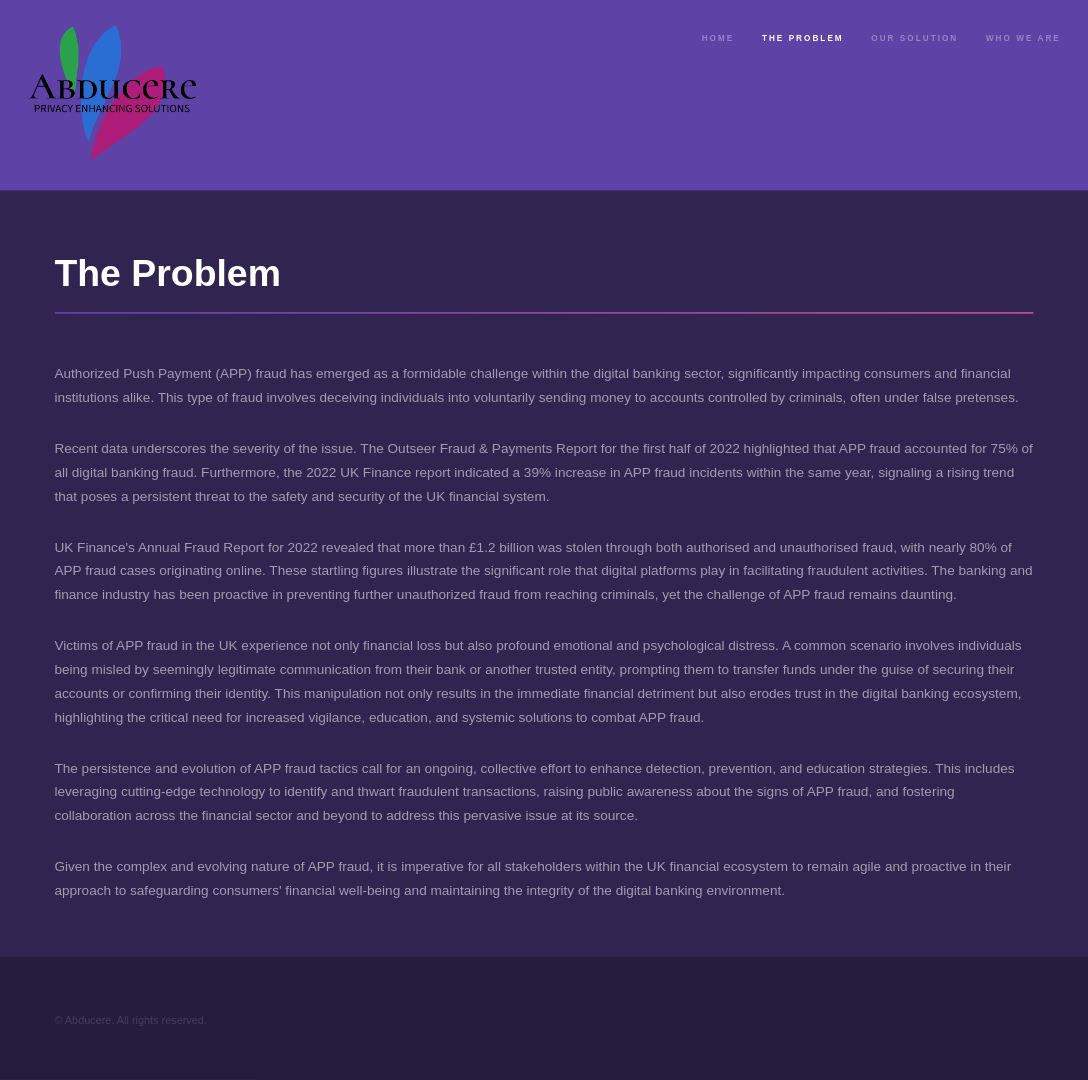
Repository: nocnoc94/nocnoc94.github.io
Page: the-problem.html
The author's editor kept a copy of each file at every save. The page is drawn from the files as they stood at one save, then again after the next save.
The browser window is 1280 px wide. The pictures show the whole page, at 85% of full size.

Above is the page before, as saved 2024-03-21 16:29:24.

### the-problem.html
<!DOCTYPE HTML>
<html>

<head>
	<title>Abducere - The Problem</title>
	<meta charset="utf-8" />
	<meta name="viewport" content="width=device-width, initial-scale=1, user-scalable=no" />
	<link rel="icon" href="/static/images/favicon.ico" type="image/x-icon">
	<link rel="stylesheet" href="/static/css/main.css" />
	<noscript>
		<link rel="stylesheet" href="/static/css/noscript.css" />
	</noscript>
</head>

<body class="is-preload">

	<!-- Header -->
	<header id="header">
		<!-- <a href="index.html" class="title">Abducere</a> -->
		<a id="headerLogo" class="image" href="index.html"><img src="/static/images/abducere-logo-1.png" alt=""
				data-position="left left" /></a>
		<nav>
			<ul>
				<li><a href="index.html">Home</a></li>
				<li><a href="the-problem.html" class="active">The Problem</a></li>
				<li><a href="our-solution.html">Our Solution</a></li>
				<li><a href="who-we-are.html">Who We Are</a></li>
			</ul>
		</nav>
	</header>

	<!-- Wrapper -->
	<div id="wrapper">

		<!-- Main -->
		<section id="main" class="wrapper">
			<div class="inner">
				<h1 class="major">The Problem</h1>
				<!-- <span class="image fit"><img src="/static/images/pic04.jpg" alt="" /></span> -->
				<p>Authorized Push Payment (APP) fraud has emerged as a formidable challenge within the
					digital banking sector, significantly impacting consumers and financial institutions alike. This
					type of fraud involves deceiving individuals into voluntarily sending money to accounts controlled
					by criminals, often under false pretenses.
				</p>
				<p>Recent data underscores the severity of the issue. The Outseer Fraud & Payments Report for the first
					half of 2022 highlighted that APP fraud accounted for 75% of all digital banking fraud. Furthermore,
					the 2022 UK Finance report indicated a 39% increase in APP fraud incidents within the same year,
					signaling a rising trend that poses a persistent threat to the safety and security of the UK
					financial system.
				</p>
				<p>UK Finance's Annual Fraud Report for 2022 revealed that more than £1.2 billion was stolen through
					both authorised and unauthorised fraud, with nearly 80% of APP fraud cases originating online. These
					startling figures illustrate the significant role that digital platforms play in facilitating
					fraudulent activities. The banking and finance industry has been proactive in preventing further
					unauthorized fraud from reaching criminals, yet the challenge of APP fraud remains
					daunting.
				</p>
				<p>Victims of APP fraud in the UK experience not only financial loss but also profound emotional and
					psychological distress. A common scenario involves individuals being misled by seemingly legitimate
					communication from their bank or another trusted entity, prompting them to transfer funds under the
					guise of securing their accounts or confirming their identity. This manipulation not only results in
					the immediate financial detriment but also erodes trust in the digital banking ecosystem,
					highlighting the critical need for increased vigilance, education, and systemic solutions to combat
					APP fraud.
				</p>
				<p>The persistence and evolution of APP fraud tactics call for an ongoing, collective effort to enhance
					detection, prevention, and education strategies. This includes leveraging cutting-edge technology to
					identify and thwart fraudulent transactions, raising public awareness about the signs of APP fraud,
					and fostering collaboration across the financial sector and beyond to address this pervasive issue
					at its source.
				</p>
				<p>Given the complex and evolving nature of APP fraud, it is imperative for all stakeholders within the
					UK financial ecosystem to remain agile and proactive in their approach to safeguarding consumers'
					financial well-being and maintaining the integrity of the digital banking environment.
				</p>
			</div>
		</section>

	</div>

	<!-- Footer -->
	<footer id="footer" class="wrapper alt">
		<div class="inner">
			<ul class="menu">
				<li>&copy; Abducere. All rights reserved.</li>
			</ul>
		</div>
	</footer>

	<!-- Scripts -->
	<script src="/static/js/jquery.min.js"></script>
	<script src="/static/js/jquery.scrollex.min.js"></script>
	<script src="/static/js/jquery.scrolly.min.js"></script>
	<script src="/static/js/browser.min.js"></script>
	<script src="/static/js/breakpoints.min.js"></script>
	<script src="/static/js/util.js"></script>
	<script src="/static/js/main.js"></script>

</body>

</html>

Loaded but not shown: static/js/jquery.min.js (library); static/js/jquery.scrollex.min.js (common file); static/css/fontawesome-all.min.css (library); static/js/jquery.scrolly.min.js (common file); static/js/browser.min.js (common file); static/js/breakpoints.min.js (common file); static/js/util.js (587 lines, source omitted); static/js/main.js (190 lines, source omitted); static/css/main.css (4012 lines, source omitted)

After the next save:
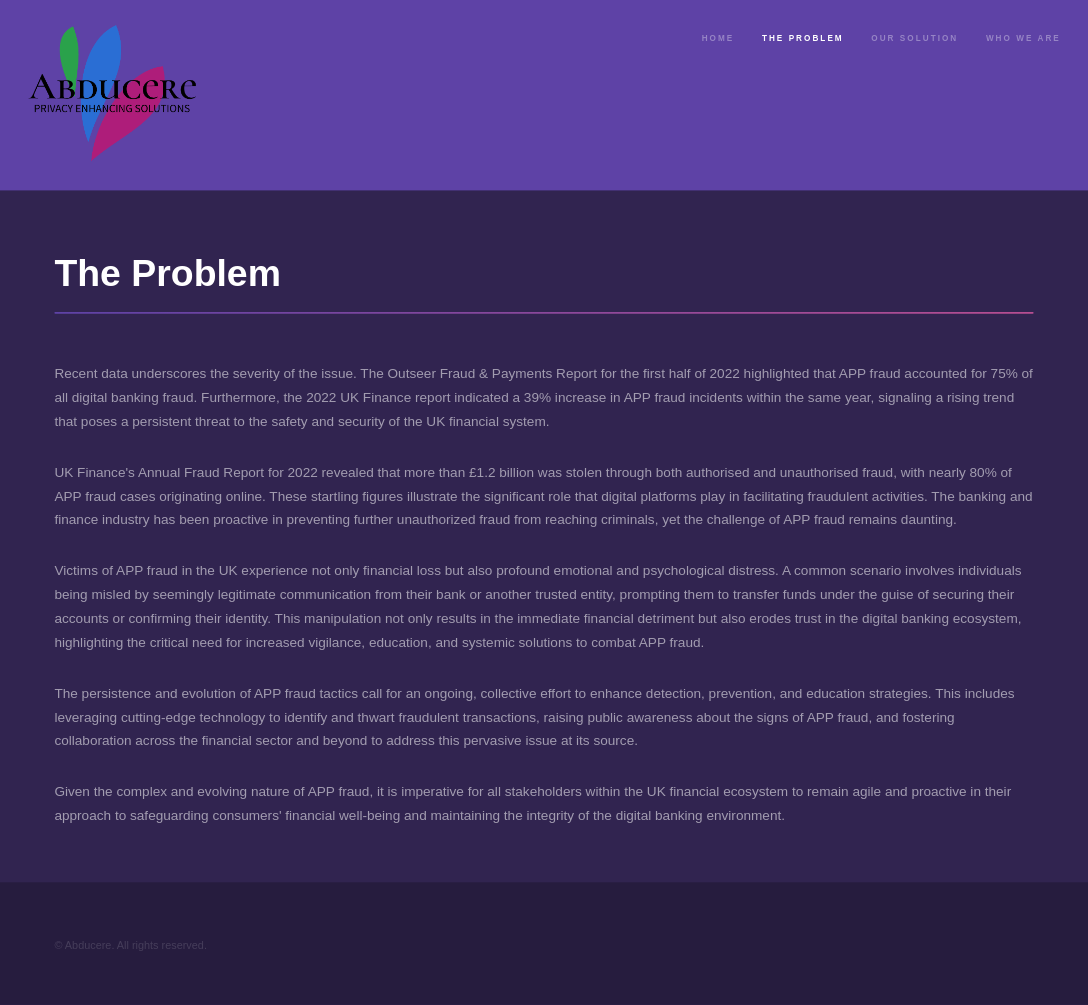
Saved 31 s later.
--- a/the-problem.html
+++ b/the-problem.html
@@ -37,10 +37,7 @@
 			<div class="inner">
 				<h1 class="major">The Problem</h1>
 				<!-- <span class="image fit"><img src="/static/images/pic04.jpg" alt="" /></span> -->
-				<p>Authorized Push Payment (APP) fraud has emerged as a formidable challenge within the
-					digital banking sector, significantly impacting consumers and financial institutions alike. This
-					type of fraud involves deceiving individuals into voluntarily sending money to accounts controlled
-					by criminals, often under false pretenses.
+				<p>
 				</p>
 				<p>Recent data underscores the severity of the issue. The Outseer Fraud & Payments Report for the first
 					half of 2022 highlighted that APP fraud accounted for 75% of all digital banking fraud. Furthermore,
